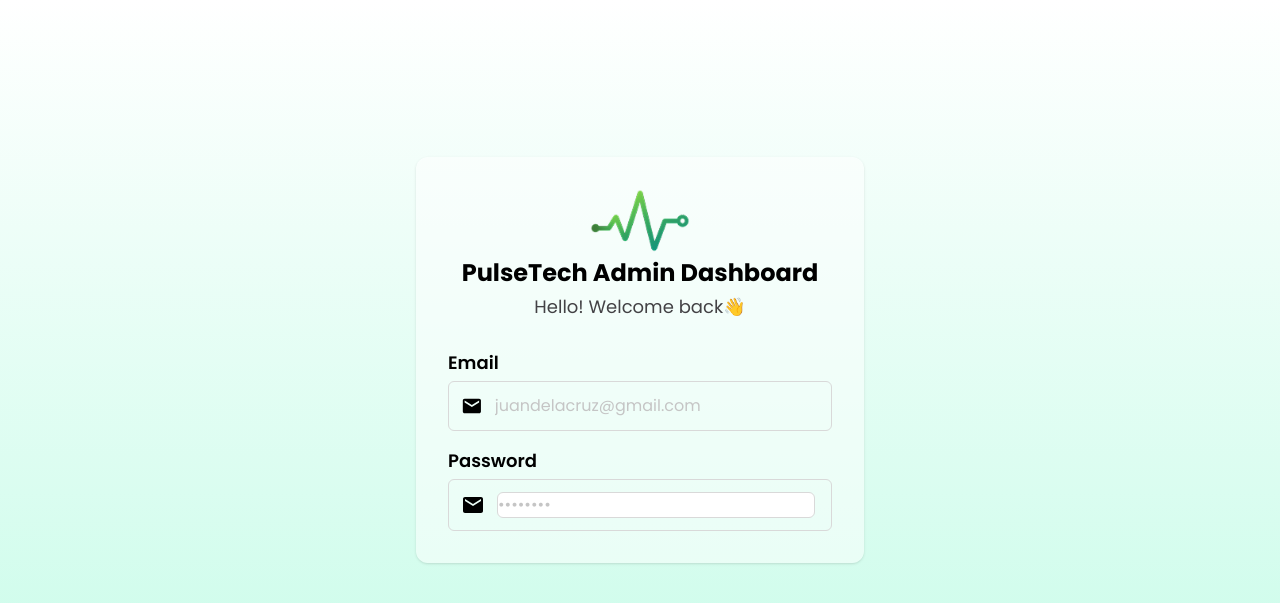
Repository: ShyrineJardin/pulse_admin
Page: /
These files come from the project's save history. The page is drawn as it stood at one moment and after a run of saves; the edit follows.
The browser window is 1280 px wide. The pictures show the whole page.
The project was rebuilt for these pictures with package versions that can differ from the ones it lists, and the page was loaded fresh each time.

Above is the page before, as saved 2026-03-25 11:15:49.

### src/index.css
@import url('https://fonts.googleapis.com/css2?family=Inter:ital,opsz,wght@0,14..32,100..900;1,14..32,100..900&family=Poppins:ital,wght@0,100;0,200;0,300;0,400;0,500;0,600;0,700;0,800;0,900;1,100;1,200;1,300;1,400;1,500;1,600;1,700;1,800;1,900&display=swap');

@tailwind base;
@tailwind components;
@tailwind utilities;

*{
    margin: 0;
    padding: 0;
    box-sizing: border-box;
}

body {
    font-family: poppins, sans-serif;
}

### src/App.js
import Login from "./components/Login";

function App() {
  return (
    <div className="App">
      <Login />
    </div>
  );
}

export default App;

### src/components/Login.jsx
import React from "react";
import { MdEmail } from "react-icons/md";

const Login = () => {
  return (
   <div className="flex items-center justify-center h-screen bg-gradient-to-b from-white to-[#C9FCE9]">
        <div className="w-full max-w-sm md:max-w-md p-8 space-y-6 bg-white/50 rounded-xl shadow">
            <div className="flex flex-col text-center gap-1">
                <img src="/logo.png" alt="pulse logo" className="lg:h-16 h-14 mx-auto" />
                <h2 className="font-bold text-xl lg:text-2xl">PulseTech Admin Dashboard</h2>
                <p className="text-subtext text-base lg:text-lg">Hello! Welcome back👋</p>

                <form action="">
                    <div className="flex flex-col gap-4 mt-6">
                        <div className="flex flex-col gap-1">
                            <h3 className="text-left font-semibold text-lg">Email</h3>
                            <div className="flex items-center gap-3 bg-#F6F6F6 p-3 border border-[#D9D9D9] rounded-md focus-within:ring-2 focus-within:ring-primary">
                                <MdEmail className="h-6 w-6" />
                                <input type="email" placeholder="juandelacruz@gmail.com" className=" placeholder:text-[#C5C5C5] bg-transparent outline-none w-full" />
                            </div>
                        </div>
                        <div className="flex flex-col gap-1">
                            <h3 className="text-left font-semibold text-lg">Password</h3>
                            <div className="flex items-center gap-3 bg-#F6F6F6 p-3 border border-[#D9D9D9] rounded-md focus-within:ring-2 focus-within:ring-primary">
                                <MdEmail className="h-6 w-6" />
                                <input type="password" placeholder="••••••••" className="placeholder:text-[#C5C5C5] border border-[#D9D9D9] rounded-md focus:outline-none focus:ring-2 focus:ring-primary" />
                            </div>
                        </div>
                    </div>
                </form>
            </div>

        </div>
    </div>
  );
}

export default Login;

### tailwind.config.js
/** @type {import('tailwindcss').Config} */
module.exports = {
  content: [
    "./src/**/*.{js,jsx,ts,tsx}",
  ],
  theme: {
    extend: {
        colors: {
          'subtext': '#434245',
          'primary': '#75EEA5',
        },
    }
  },
  plugins: [],
}

Loaded but not shown: public/index.html (common file); src/index.js (common file); src/reportWebVitals.js (common file)

After the next 3 saves:
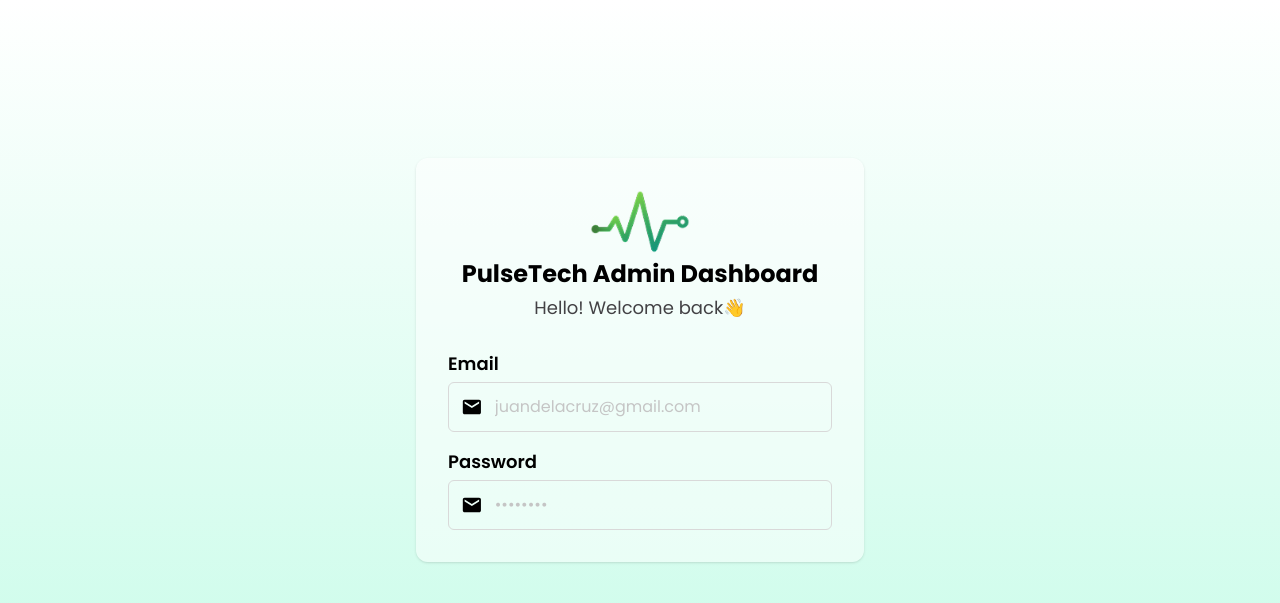
The 3 saves are shown as one change because they came seconds apart.
The last was saved 9 s later.
--- a/src/components/Login.jsx
+++ b/src/components/Login.jsx
@@ -23,7 +23,7 @@ const Login = () => {
                             <h3 className="text-left font-semibold text-lg">Password</h3>
                             <div className="flex items-center gap-3 bg-#F6F6F6 p-3 border border-[#D9D9D9] rounded-md focus-within:ring-2 focus-within:ring-primary">
                                 <MdEmail className="h-6 w-6" />
-                                <input type="password" placeholder="••••••••" className="placeholder:text-[#C5C5C5] border border-[#D9D9D9] rounded-md focus:outline-none focus:ring-2 focus:ring-primary" />
+                                <input type="password" placeholder="••••••••" className="placeholder:text-[#C5C5C5] bg-transparent outline-none w-full" />
                             </div>
                         </div>
                     </div>
